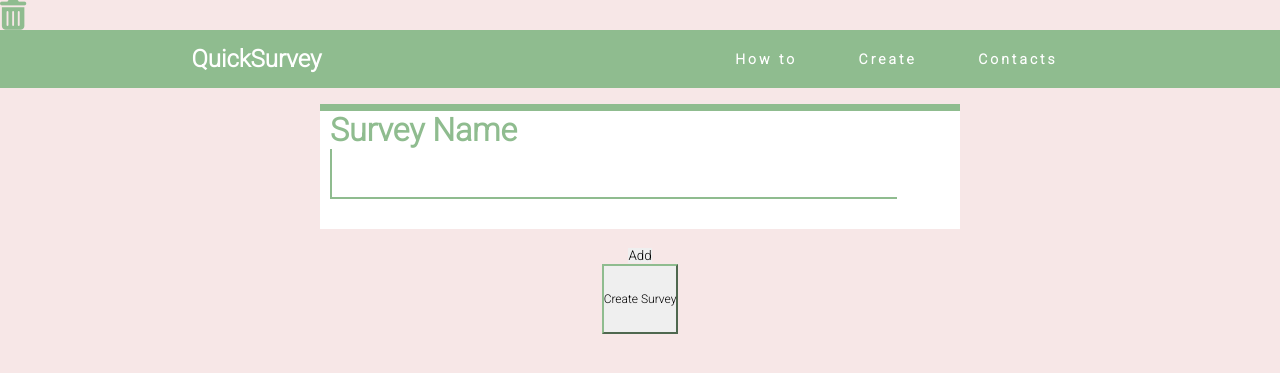
Repository: cakuang1/QuickSurvey
Page: create.html
These files come from the project's save history. The page is drawn as it stood at one moment and after a run of saves; the edit follows.
The browser window is 1280 px wide. The pictures show the whole page.
Some web libraries are served in a nearby version.

Above is the page before, as saved 2022-01-06 22:06:12.

After the next 3 saves:
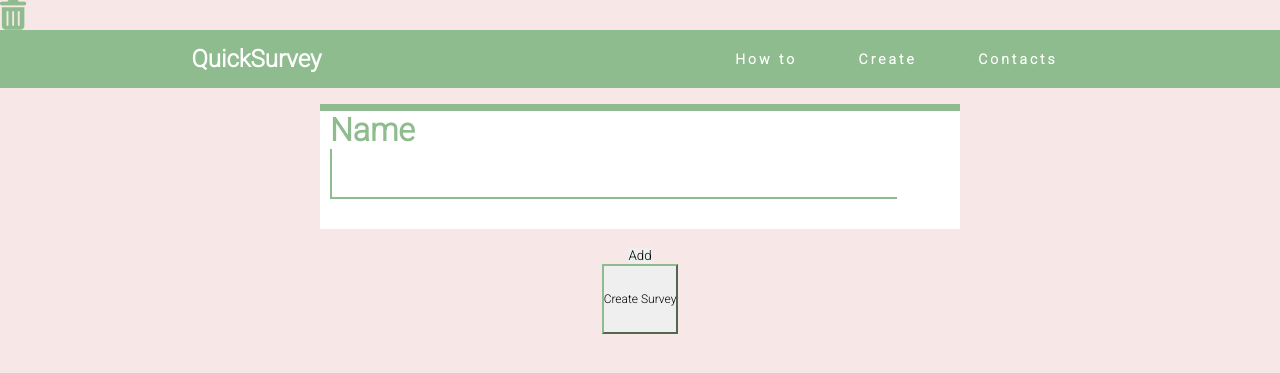
The 3 saves are shown as one change because they came seconds apart.
The last was saved 17 s later.
--- a/create.html
+++ b/create.html
@@ -26,7 +26,7 @@
 
     </div>
     <div class="namecontainer">
-        <h1> Survey Name </h1>
+        <h1> <span></span> Name </h1>
         <form ><input type="text" name="Name"></form>
 
     </div>
